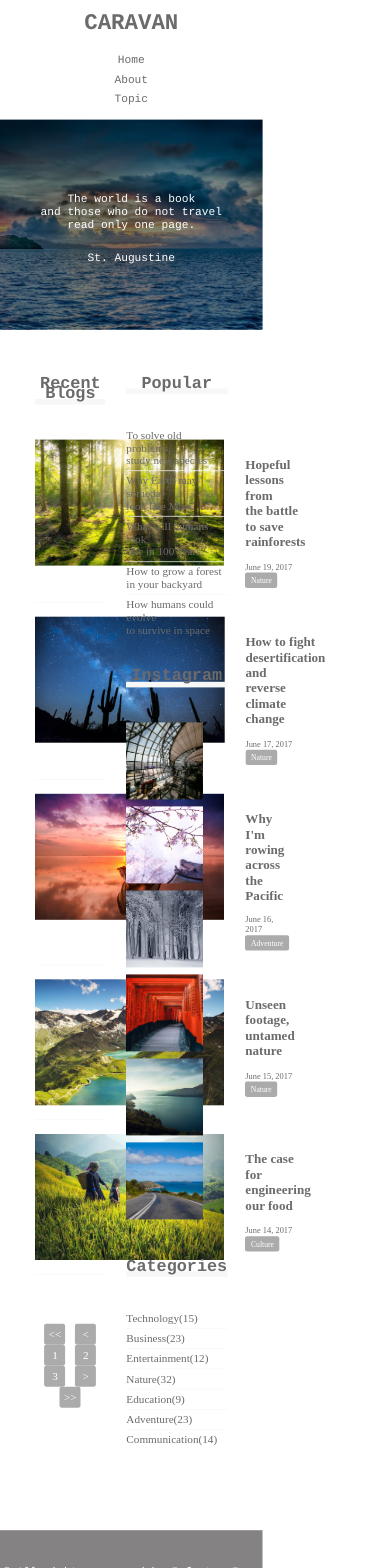
Repository: pureforest/html
Page: caravan/index.html
The author's editor kept a record of every edit. The page is drawn from the files as they stood at one moment, then again after the next edit.
The browser window is 375 px wide. The page is 465 px wide, then 552 px, so the pictures cover 552 px, including what lies to the right of the window. The pictures show the part of the page from y = 0 to 2240 px (the page is 2306 px tall before and 3344 px after), at 70% of full size.
Some web libraries are served in a nearby version.

Above is the page before.

### caravan/index.html
<!DOCTYPE html>
<html lang="ja">
  <head>
    <meta charset="UTF-8" />
    <meta name="viewport" content="width=device-width,initial-scale=1.0">
    <script src="https://kit.fontawesome.com/bb9908bf54.js" crossorigin="anonymous"></script>
    <link rel="stylesheet" href="style.css" />
    <title>CARAVAN</title>
  </head>

  <body>
    <header>
      <h1 class="heading">
        <a href="index.html">
          CARAVAN
        </a>
      </h1>

      <div class="social">
        <i class="fab fa-facebook-square"></i>
        <i class="fab fa-twitter-square"></i>
        <i class="fab fa-instagram"></i>
      </div>
    </header>

    <!-- navigation -->
    <nav>
      <ul class="nav-list">
        <li class="nav-list-item">
          <a href="index.html">Home</a>
        </li>
        <li class="nav-list-item">About</li>
        <li class="nav-list-item">Topic</li>
      </ul>
    </nav>

    <!-- main-visual用のdiv -->
    <div class="main-visual">
      <div class="main-visual-content">
        <p class="main-visual-text">
          The world is a book<br>
          and those who do not travel<br>
          read only one page.
        </p>
        <p class="main-visual-name">
          St. Augustine
        </p>
      </div>
    </div>

    <!-- main用のdiv -->
    <main>
      <section class="blog">
        <h2 class="blog-heading">Recent Blogs</h2>
        <div class="blog-box">
          <div class="blog-item">
            <img class="blog-image" src="img/forest.jpg" />
            <section class="blog-text">
              <h3 class="blog-text-heading">
                <a href="single.html">
                  Hopeful lessons from<br>
                  the battle to save<br>
                  rainforests
                </a>
              </h3>
              <p class="blog-date">June 19, 2017</p>
              <span class="category">Nature</span>
            </section>
          </div>
          <div class="blog-item">
            <img class="blog-image" src="img/desert.jpg" />
            <section class="blog-text">
              <h3 class="blog-text-heading">
                <a href="single.html">
                  How to fight<br>
                  desertification and<br>
                  reverse climate change
                </a>
              </h3>
              <p class="blog-date">June 17, 2017</p>
              <span class="category">Nature</span>
            </section>
          </div>
          <div class="blog-item">
            <img class="blog-image" src="img/sunset.jpg" />
            <section class="blog-text">
              <h3 class="blog-text-heading">
                <a href="single.html">
                  Why I'm rowing<br>
                  across the Pacific
                </a>
              </h3>
              <p class="blog-date">June 16, 2017</p>
              <span class="category">Adventure</span>
            </section>
          </div>
          <div class="blog-item">
            <img class="blog-image" src="img/italy.jpg" />
            <section class="blog-text">
              <h3 class="blog-text-heading">
                <a href="single.html">
                  Unseen footage,<br>
                  untamed nature
                </a>
              </h3>
              <p class="blog-date">June 15, 2017</p>
              <span class="category">Nature</span>
            </section>
          </div>
          <div class="blog-item">
            <img class="blog-image" src="img/asia.jpg" />
            <section class="blog-text">
              <h3 class="blog-text-heading">
                <a href="single.html">
                  The case for<br>
                  engineering our food
                </a>
              </h3>
              <p class="blog-date">June 14, 2017</p>
              <span class="category">Culture</span>
            </section>
          </div>
        </div>
        <div class="pagination">
         <p><<</p>
         <p><</P>
         <p>1</p>
         <p>2</p>
         <p>3</p>
         <p>></p>
         <p>>></p>
        </div>
      </section>


      <div class="sidebar">
       <section class="popular">
        <h2 class="popular-heading common-heading">Popular</h2>
        <div class="sidebar-contents">
          <p class="popular-text">To solve old problems,<br>study new species</p>
          <p class="popular-text">Why Earth may someday<br>look like Mars</p>
          <p class="popular-text">What will humans look<br>like in 100 years?</p>
          <p class="popular-text">How to grow a forest<br>in your backyard</p>
          <p class="popular-text">How humans could evolve<br>to survive in space</p>
        </div>
       </section>

       <section class="instagram">
        <h2 class="instagram-heading common-heading">Instagram</h2>
          <div class="sidebar-contents">
            <div class="instagram-box"></div>
            <div class="instagram-box"></div>
            <div class="instagram-box"></div>
            <div class="instagram-box"></div>
            <div class="instagram-box"></div>
            <div class="instagram-box"></div>
          </div>
       </section>

       <section class="categories">
          <h2 class="categories-heading common-heading">Categories</h2>
          <div class="sidebar-contents">
            <p class="categories-text">Technology(15)</p>
            <p class="categories-text">Business(23)</p>
            <p class="categories-text">Entertainment(12)</p>
            <p class="categories-text">Nature(32)</p>
            <p class="categories-text">Education(9)</p>
            <p class="categories-text">Adventure(23)</p>
            <p class="categories-text">Communication(14)</p>
          </div>
        </section>
      </div>
    </main>

    <!-- footer -->
    <footer>
      <p class="footer-text">© All rights reserved by Infratop.Inc.</p>
    </footer>
  </body>
</html>

### caravan/style.css
* {
  margin: 0;
  padding: 0;
  box-sizing: border-box;
  color: #6c6b6b;
}

a{
  text-decoration: none;
}

header,nav,h2,.main-visual,footer{
  font-family: Chalkduster, "Bradley Hand", Courier, "Segoe Print", sans-serif;
}

header {
  width: 90%;
  padding: 15px 0;
  margin: 0 auto;
  text-align: center;
  position: relative;
}

.social i{
  display: inline-block;
  margin-left: 20px;
}

.social {
  position: absolute;
  top: 22px;
  right: 22px;
}

header .heading {
  font-size: 32px;
}

.nav-list {
  text-align: center;
  padding: 10px 0;
  margin: 0 auto;
}

.nav-list-item {
  list-style: none;
  display: inline-block;
  margin: 0 20px;
}

.main-visual {
  width: 100%; /* 横幅いっぱい */
  height: 300px; /* 高さ300px */
  background-image: url(img/mv.jpg);
  background-size: cover; /* 縦横比を維持したまま背景領域を埋め尽くす */
  background-position: center; /* 背景画像を中央に配置 */
}

.main-visual-content {
  width: 40%; /* 横幅40% */
  height: 300px; /* 親の高さに揃える */
  background-color: rgba(0, 0, 0, 0.5); /* 背景色を半透明の黒にする */
  text-align: center; /* 文字を中央揃えにする */
  padding-top: 105px; /* 上側の内側余白で垂直方向の位置を調整 */
}

.main-visual-text {
  color: #fff;
}

.main-visual-name {
  margin-top: 30px;
  color: #fff;
}

main {
  width: 800px;
  display: flex;
  justify-content: center;
  margin: 0 auto;
  padding: 70px 0;
}

.blog {
  width: 540px;
  margin-right: 30px;
}

.blog-heading {
  border-bottom: 8px solid #f7f7f7;
  text-align: center;
  line-height: 0.6;
}

.blog-box{
  padding-top: 50px
}

.blog-item {
  padding-bottom: 20px;
  margin-bottom: 20px;
  border-bottom: 1px solid #f7f7f7;
  display: flex;
  justify-content: flex-start;}

.blog-image {
  height: 180px;
}

.blog-text {
  padding: 25px 0 0 30px;
}

.blog-text-heading{
  padding-bottom: 15px;
}
.blog-date {
  font-size: 12px;
  display: inline-block;
}
.category {
  display: inline-block;
  padding: 5px 8px;
  background-color: #acabab;
  border-radius: 3px;
  color: #fff;
  font-size: 11px;
}

.pagination{
  text-align: center;
  padding-top: 50px;
}

.pagination p{
  display: inline-block;
  width: 30px;
  height: 30px;
  margin: 0 5px;
  color: #fff;
  background-color: #acabab;
  border-radius: 3px;
  line-height: 30px;
}
.sidebar {
  width: 230px;
}

.common-heading {
  border-bottom: 8px solid #f7f7f7;
  text-align: center;
  line-height: 0.6;
}

.sidebar-contents {
  padding: 50px 0;
}

.popular-text,
.categories-text {
  padding-bottom: 5px;
  border-bottom: 1px solid #f7f7f7;
  margin-bottom: 5px;
}

.popular-text:last-child,
.categories-text:last-child {
  margin: 0;
  padding: 0;
  border: none;
}

.instagram .sidebar-contents {
  display: flex;
  flex-wrap: wrap;
}

.instagram-box {
  width: 110px;
  padding-top: 110px;
  background-size: cover;
  background-position: center;
  margin-bottom: 10px;
}

.instagram-box:nth-child(odd) {
  margin: 0 10px 10px 0;
}

.instagram-box:nth-child(1) {
  background-image: url(img/airport.jpg);
}

.instagram-box:nth-child(2) {
  background-image: url(img/japan.jpg);
}

.instagram-box:nth-child(3) {
  background-image: url(img/snow.jpg);
}

.instagram-box:nth-child(4) {
  background-image: url(img/japan2.jpg);
}

.instagram-box:nth-child(5) {
  background-image: url(img/lake.jpg);
}

.instagram-box:nth-child(6) {
  background-image: url(img/road.jpg);
}

footer {
  width: 100%;
  height: 120px;
  text-align: center;
  line-height: 120px;
  background-color: #848282;
}

.footer-text {
  color: #fff;
}

@media screen and (max-width: 425px) {
  header {
  width: 100%;
}

.social {
  display: none;
}

.nav-list {
  width: 100%
}

.nav-list-item {
  width: 100%;
  margin: 0 0 10px 0;
}

.main-visual-content {
  width: 100%;
}

.main-visual-text {
  color: #fff;
}

.main-visual-name {
  margin-top: 30px;
  color: #fff;
}

main {
  width: 100px;
}

.blog {
  width: 100%;
}

.blog-heading {
  border-bottom: 8px solid #f7f7f7;
  text-align: center;
  line-height: 0.6;
}

.blog-box{
  padding-top: 50px
}

.blog-item {
  padding-bottom: 20px;
  margin-bottom: 20px;
  border-bottom: 1px solid #f7f7f7;
  display: flex;
  justify-content: flex-start;}

.blog-image {
  height: 180px;
}

.blog-text {
  padding: 25px 0 0 30px;
}

.blog-text-heading{
  padding-bottom: 15px;
}
.blog-date {
  font-size: 12px;
  display: inline-block;
}
.category {
  display: inline-block;
  padding: 5px 8px;
  background-color: #acabab;
  border-radius: 3px;
  color: #fff;
  font-size: 11px;
}

.pagination{
  text-align: center;
  padding-top: 50px;
}

.pagination p{
  display: inline-block;
  width: 30px;
  height: 30px;
  margin: 0 5px;
  color: #fff;
  background-color: #acabab;
  border-radius: 3px;
  line-height: 30px;
}
.sidebar {
  width: 230px;
}

.common-heading {
  border-bottom: 8px solid #f7f7f7;
  text-align: center;
  line-height: 0.6;
}

.sidebar-contents {
  padding: 50px 0;
}

.popular-text,
.categories-text {
  padding-bottom: 5px;
  border-bottom: 1px solid #f7f7f7;
  margin-bottom: 5px;
}

.popular-text:last-child,
.categories-text:last-child {
  margin: 0;
  padding: 0;
  border: none;
}

.instagram .sidebar-contents {
  display: flex;
  flex-wrap: wrap;
}

.instagram-box {
  width: 110px;
  padding-top: 110px;
  background-size: cover;
  background-position: center;
  margin-bottom: 10px;
}

.instagram-box:nth-child(odd) {
  margin: 0 10px 10px 0;
}

.instagram-box:nth-child(1) {
  background-image: url(img/airport.jpg);
}

.instagram-box:nth-child(2) {
  background-image: url(img/japan.jpg);
}

.instagram-box:nth-child(3) {
  background-image: url(img/snow.jpg);
}

.instagram-box:nth-child(4) {
  background-image: url(img/japan2.jpg);
}

.instagram-box:nth-child(5) {
  background-image: url(img/lake.jpg);
}

.instagram-box:nth-child(6) {
  background-image: url(img/road.jpg);
}

footer {
  width: 100%;
  height: 120px;
  text-align: center;
  line-height: 120px;
  background-color: #848282;
}

After the next edit:
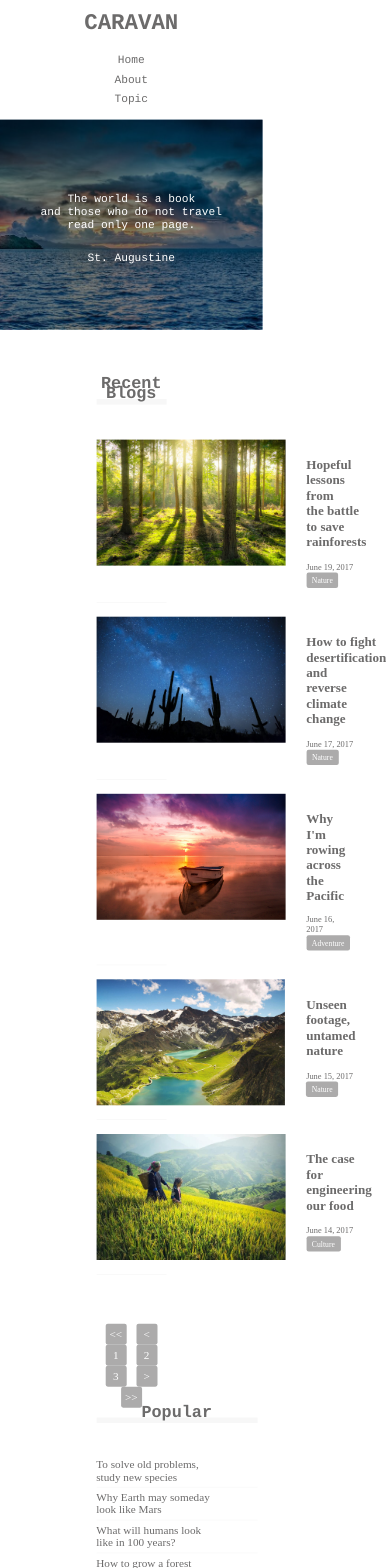
The edit:
--- a/caravan/style.css
+++ b/caravan/style.css
@@ -245,17 +245,9 @@
   width: 100%;
 }
 
-.main-visual-text {
-  color: #fff;
-}
-
-.main-visual-name {
-  margin-top: 30px;
-  color: #fff;
-}
-
 main {
   width: 100px;
+  display: block;
 }
 
 .blog {
